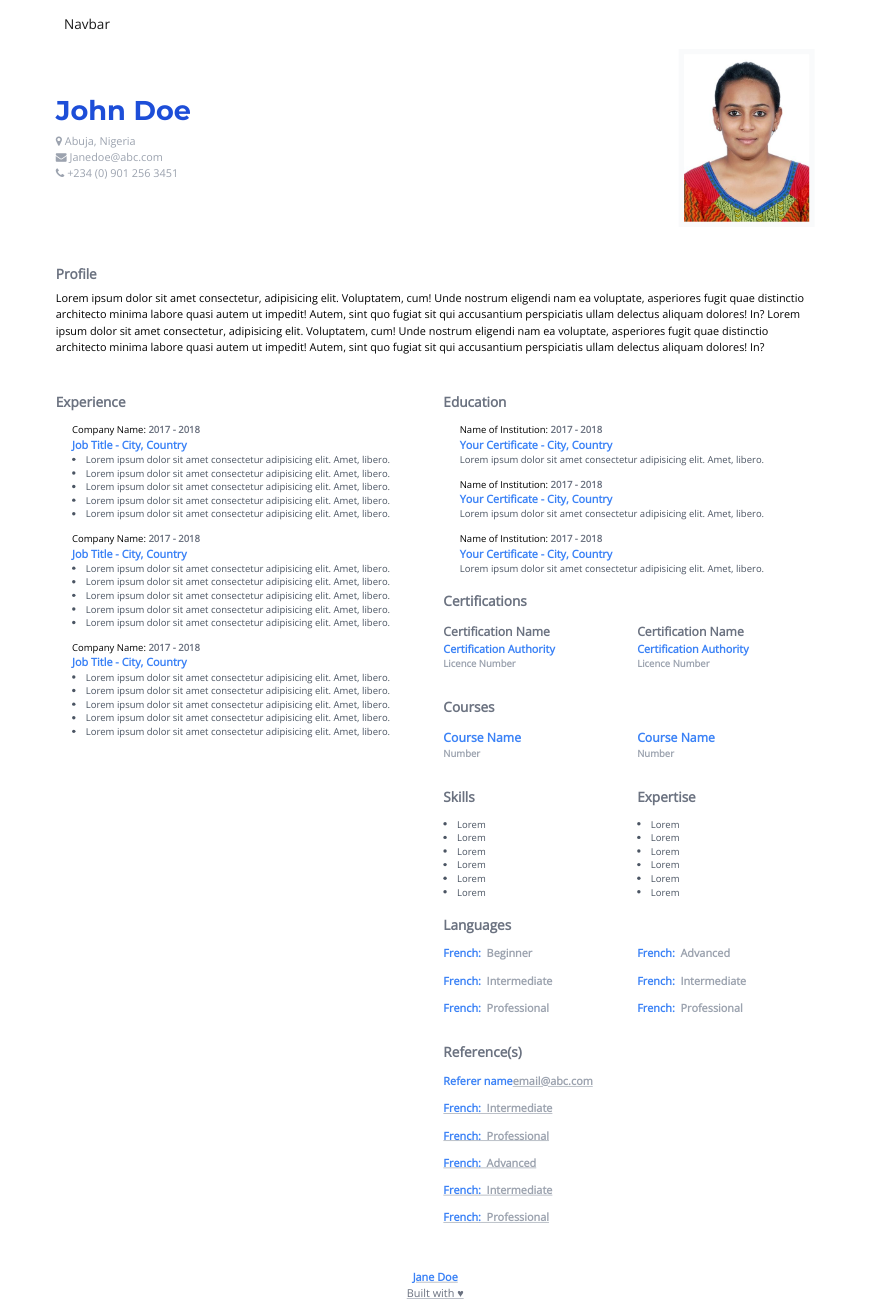
Repository: latenightsnacc/giggles
Page: HTML/CV.html
An editor plug-in stored every save of this project. The page is shown before and after the next save, followed by the edit.
The browser window is 1280 px wide. The pictures show the whole page, at 68% of full size.
Some web libraries are served in a nearby version.

Above is the page before, as saved 2021-01-06 16:02:20.

After the next save:
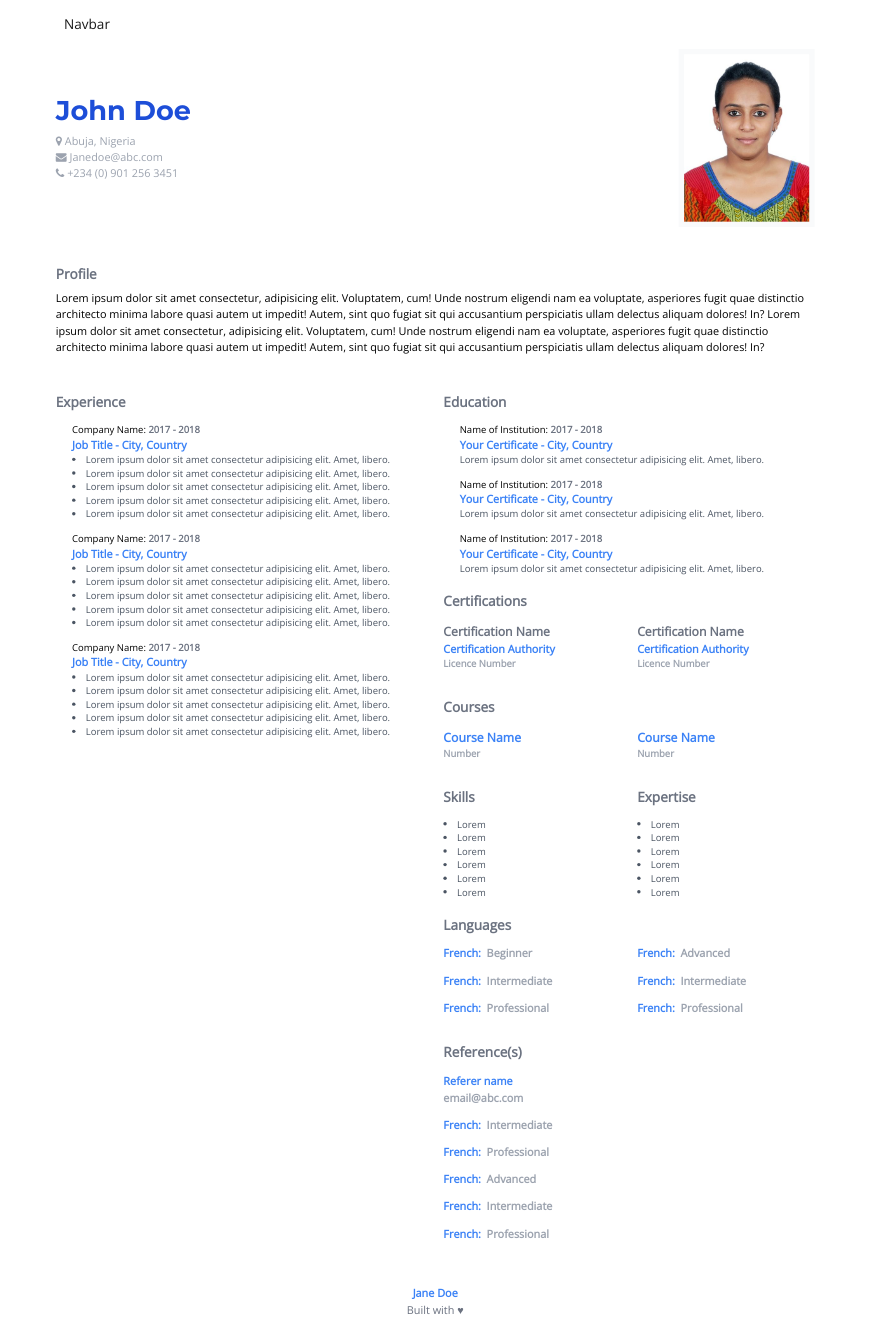
Saved 65 s later.
--- a/HTML/CV.html
+++ b/HTML/CV.html
@@ -188,10 +188,9 @@
                     <div class="row">
                         <div class="text-gray-500 font-semibold text-xl py-2 mt-3 mb-2">Reference(s)</div>
                         <div class="col-xs-6 col-sm-6 col-md-6 col-lg-6 col-xl-6">
-                            <div class="flex flex-row w-100">
-                                <div class="font-bold text-md text-blue-500">Referer name </div>
-                                <a href="mailto:#" class="underline-none font-semibold text-md text-gray-400 hover:underline">email@abc.com</p>
-                            </div>
+                            <div class="font-bold text-md text-blue-500">Referer name </div>
+                            <a href="mailto:#" class="no-underline font-semibold text-md text-gray-400 hover:underline">email@abc.com</p>
+
                             <div class="flex flex-row w-100">
                                 <div class="font-bold text-md text-blue-500">French: </div>
                                 <p class="font-semibold text-md text-gray-400">&nbsp; Intermediate</p>
